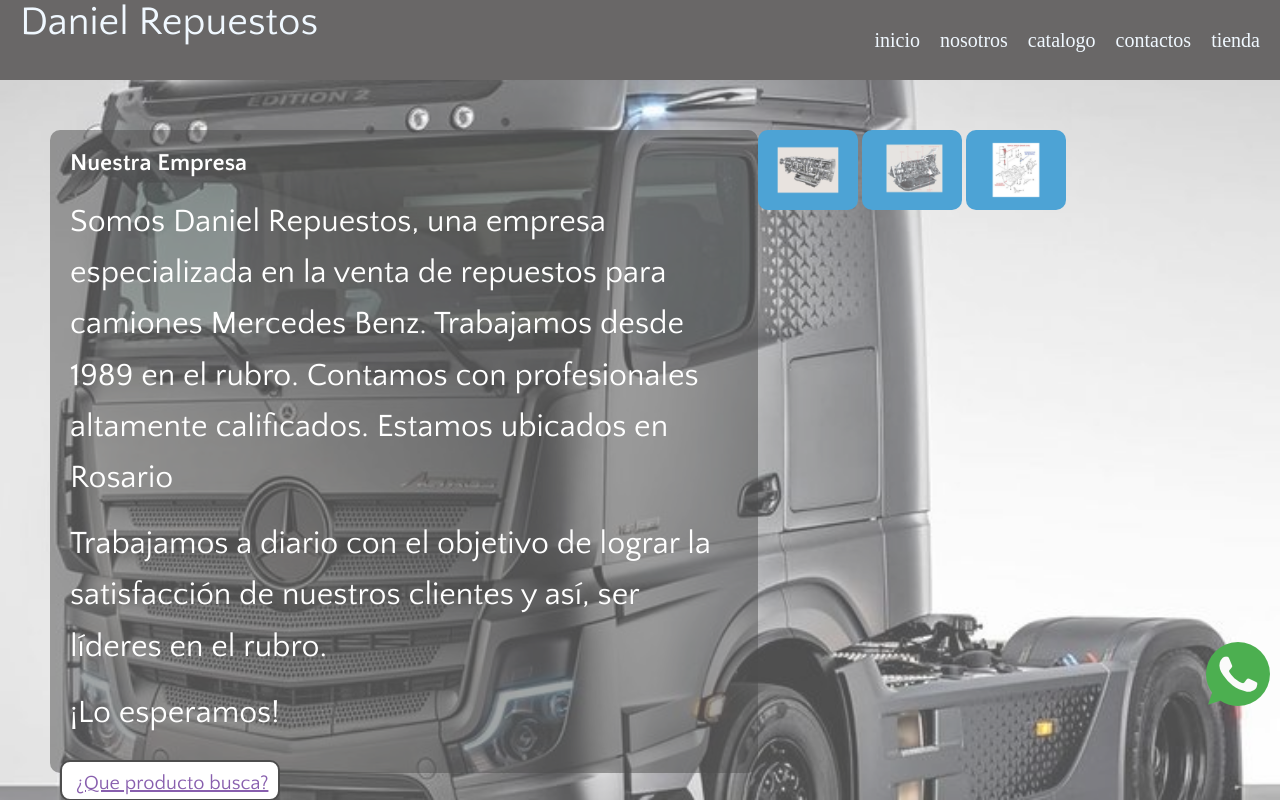
Repository: minesterani/proyecto-caja
Page: pages/nosotros.html
An editor plug-in stored every save of this project. The page is shown before and after the next save, followed by the edit.
The browser window is 1280 px wide. The pictures show the whole page.

Above is the page before, as saved 2024-09-18 13:18:54.

After the next save:
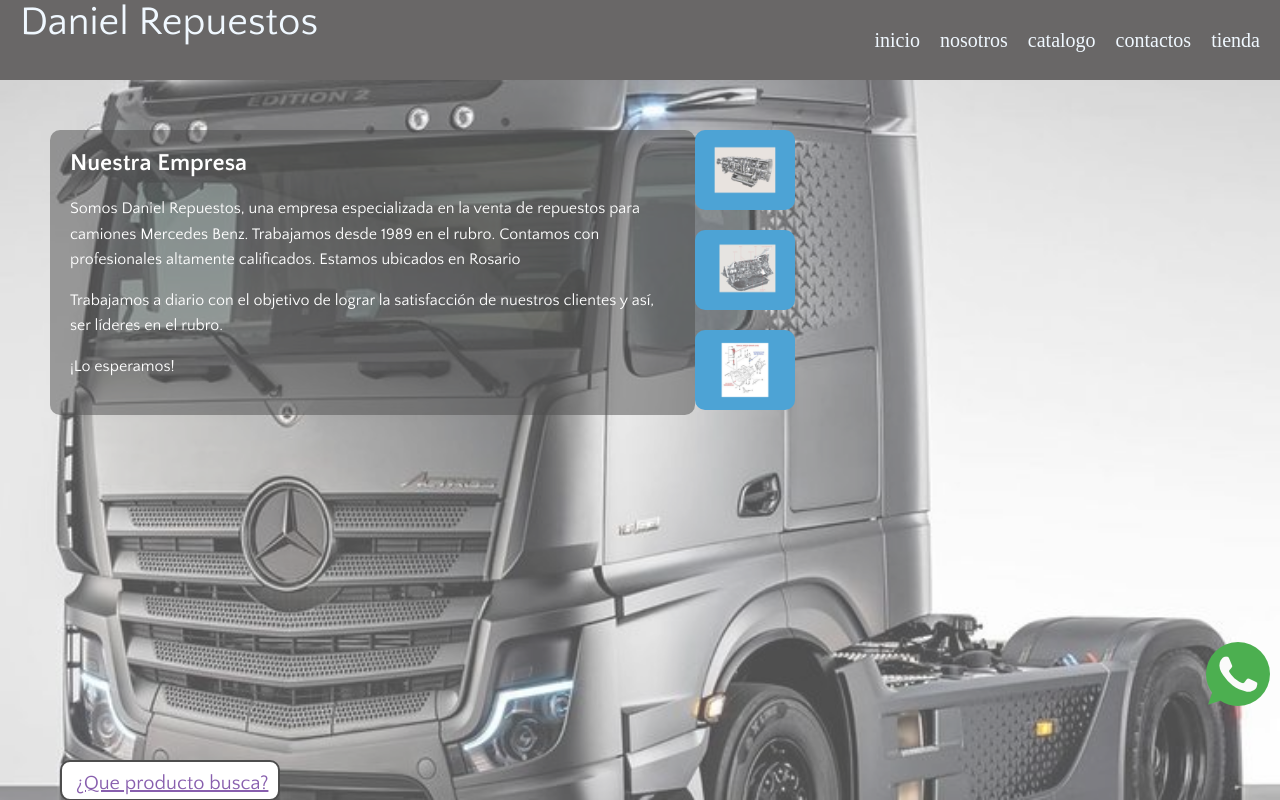
Saved 5 min 30 s later.
--- a/css/style.css
+++ b/css/style.css
@@ -307,12 +307,15 @@
 
 .texto-nosotros p {
     margin-bottom: 15px;
-    font-size: 2rem;
+    font-size: 1,25rem;
     line-height: 1.6;
 }
 
 .imagenes-nosotros {
-    width: 40%;
+    display: flex;
+    flex-direction: column;
+    gap: 20px;
+    width: 50%; /* Ajusta el ancho de las imágenes */
 }
 
 .imagenes-nosotros img {
@@ -320,7 +323,7 @@
     height: auto;
     border-radius: 10px;
     object-fit: cover;
-    max-height: 500px;
+
 }
 .navNos{
     display: flex;
